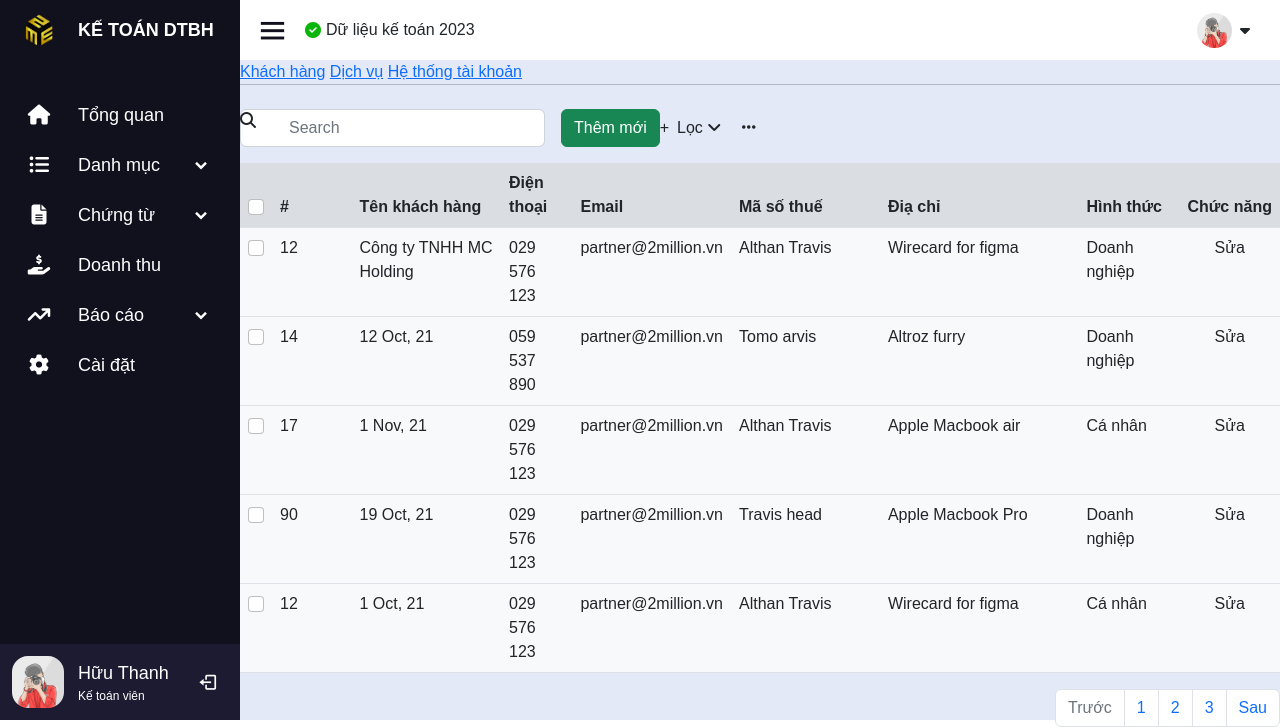
Repository: huuthanhdev/PhanMemKeToan
Page: pages/customer.html
These files come from the project's save history. The page is drawn as it stood at one moment and after the next save; the edit follows.
The browser window is 1280 px wide. The pictures show the whole page.
Some web fonts or font styles are not loaded; a fallback is used. Some web libraries are served in a nearby version.

Above is the page before, as saved 2023-03-24 16:57:59.

### pages/customer.html
<!DOCTYPE html>
  <!-- Coding by CodingLab | www.codinglabweb.com -->
<html lang="en">
<head>
    <meta charset="UTF-8">
    <meta http-equiv="X-UA-Compatible" content="IE=edge">
    <meta name="viewport" content="width=device-width, initial-scale=1.0">
    <link rel="icon" type="png" href="/assets/img/logo 2me.png"/>
    <title>2MILLION</title>
    <!----======== CSS ======== -->
    <link rel="stylesheet" href="/assets/css/style.css">
    <!----===== Boxicons CSS ===== -->
    <link href='https://unpkg.com/boxicons@2.1.1/css/boxicons.min.css' rel='stylesheet'>
    <link rel="stylesheet" href="https://cdnjs.cloudflare.com/ajax/libs/font-awesome/6.1.2/css/all.min.css" integrity="sha512-1sCRPdkRXhBV2PBLUdRb4tMg1w2YPf37qatUFeS7zlBy7jJI8Lf4VHwWfZZfpXtYSLy85pkm9GaYVYMfw5BC1A==" crossorigin="anonymous" referrerpolicy="no-referrer" />
    <!-- bootstrap 5 -->
    <link href="https://cdn.jsdelivr.net/npm/bootstrap@5.2.1/dist/css/bootstrap.min.css" rel="stylesheet"
    integrity="sha384-iYQeCzEYFbKjA/T2uDLTpkwGzCiq6soy8tYaI1GyVh/UjpbCx/TYkiZhlZB6+fzT" crossorigin="anonymous">

</head>
<body>
    <div class="sidebar">
        <div class="logo-details">
          <!-- <i class='bx bxl-c-plus-plus'></i> -->
          <img src="../assets/img/logo 2me.png" alt="" class="logo-img">
          <span class="logo_name">KẾ TOÁN DTBH</span>
        </div>
        <ul class="nav-links">
          <li class="nav-item">
            <a href="../pages/overview.html">
              <i class='fa-solid fa-house'></i>
              <span class="link_name">Tổng quan</span>
            </a>
            <ul class="sub-menu blank">
              <li><a class="link_name" href="../pages/overview.html">Tổng quan</a></li>
            </ul>
          </li>
          <li class="nav-item active">
            <div class="icon-link">
              <a href="../pages/customer.html">
                <i class='fa-solid fa-list-ul' ></i>
                <span class="link_name">Danh mục</span>
              </a>
              <i class='bx bxs-chevron-down arrow' ></i>
            </div>
            <ul class="sub-menu">
              <li><a class="link_name" href="#">Danh mục</a></li>
              <li><a href="../pages/customer.html">Khách hàng</a></li>
              <li><a href="../pages/service.html">Dịch vụ</a></li>
              <li><a href="../pages/account.html">Tài khoản</a></li>
            </ul>
          </li>

          <li class="nav-item">
            <div class="icon-link">
              <a href="#">
                <i class='fa-solid fa-file-lines' ></i>
                <span class="link_name">Chứng từ</span>
              </a>
              <i class='bx bxs-chevron-down arrow' ></i>
            </div>
            <ul class="sub-menu">
              <li><a class="link_name" href="#">Chứng từ</a></li>
              <li><a href="#">Hóa đơn GTGT</a></li>
              <li><a href="#">Phiếu giảm giá HB</a></li>
            </ul>
          </li>

          <li class="nav-item">
            <a href="#">
              <i class='fa-solid fa-hand-holding-dollar' ></i>
              <span class="link_name">Doanh thu</span>
            </a>
            <ul class="sub-menu blank">
              <li><a class="link_name" href="#">Doanh thu</a></li>
            </ul>
          </li>

          <li class="nav-item">
            <div class="icon-link">
              <a href="#">
                <i class='fa-solid fa-arrow-trend-up' ></i>
                <span class="link_name">Báo cáo</span>
              </a>
              <i class='bx bxs-chevron-down arrow' ></i>
            </div>
            <ul class="sub-menu">
              <li><a class="link_name" href="#">Báo cáo</a></li>
              <li><a href="#">Doanh thu theo KH</a></li>
              <li><a href="#">Doanh thu theo DV</a></li>
              <li><a href="#">Tổng hợp Doanh thu</a></li>
              <li><a href="#">Giảm trừ Doanh thu</a></li>
            </ul>
          </li>

          <li class="nav-item">
            <a href="#">
              <i class='fa-solid fa-gear' ></i>
              <span class="link_name">Cài đặt</span>
            </a>
            <ul class="sub-menu blank">
              <li><a class="link_name" href="#">Cài đặt</a></li>
            </ul>
          </li>
          <li>
        <div class="profile-details">
          <div class="profile-content">
            <img src="../assets/img/client2.png" alt="profileImg">
          </div>
          <div class="name-job">
            <div class="profile_name">Hữu Thanh</div>
            <div class="job">Kế toán viên</div>
          </div>
          <i class='bx bx-log-out' ></i>
        </div>
      </li>
    </ul>
      </div>
    <section class="home-section">
      <div class="home-nav">
          <i class='bx bx-menu' ></i>
          <div class="home-text">
              <i class="fa-solid fa-circle-check home-icon"></i>
              <span>Dữ liệu kế toán 2023</span>
          </div>

          <div class="home-info">
              <img src="../assets/img/client2.png" alt="avatar" class="home-avatar">
              <i class="fa-solid fa-caret-down"class="home-icon"></i>
          </div>
      </div>
      <!-- content -->
      <div class="home-content">
        <div class="home-tab">
          <a class="tab-item active" href="/pages/customer.html">Khách hàng</a>
          <a class="tab-item" href="/pages/service.html">Dịch vụ</a>
          <a class="tab-item" href="/pages/account.html">Hệ thống tài khoản</a>
        </div>
        <hr class="mt-0 mb-4">
        <!-- table -->
        <div class="container-fluid mt-0 px-0">
          <div class="mb-3 d-flex justify-content-start align-items-center">
              <div class="position-relative">
                  <span class="position-absolute search"><i class="fa fa-search"></i></span>
                  <input class="form-control w-100 px-5 m-0" placeholder="Search">
              </div>
              <button type="button" class="btn btn-success ms-3">Thêm mới</button>
              <span>+</span>
              <div class="filter px-2">
                  <span>Lọc <i class="fa fa-angle-down"></i></span>
                  <i class="fa fa-ellipsis-h ms-3"></i>
              </div>
          </div>
          <div class="table-responsive">
          <table class="table table-responsive table-hover bg-light">
            <thead>
              <tr style="background-color: #dadee2">
                <th scope="col" width="2%"><input class="form-check-input" type="checkbox"></th>
                <th scope="col" width="8%">#</th>
                <th scope="col" width="15%">Tên khách hàng</th>
                <th scope="col" width="7%">Điện thoại</th>
                <th scope="col" width="13%">Email</th>
                <th scope="col" width="15%">Mã số thuế</th>
                <th scope="col" width="20%">Điạ chỉ</th>
                <th scope="col" width="10%">Hình thức</th>
                <th scope="col" width="10%" class="text-center">Chức năng</th>
              </tr>
            </thead>
            <tbody>
              <tr>
                <th scope="row"><input class="form-check-input" type="checkbox"></th>
                <td>12</td>
                <td>Công ty TNHH MC Holding</td>
                <td>029 576 123</td>
                <td>partner@2million.vn</td>
                <td>Althan Travis</td>
                <td>Wirecard for figma</td>
                <td>Doanh nghiệp</td>
                <td class="text-center">Sửa</td>
              </tr>

              <tr>
                <th scope="row"><input class="form-check-input" type="checkbox"></th>
                <td>14</td>
                <td>12 Oct, 21</td>
                <td>059 537 890</td>
                <td>partner@2million.vn</td>
                <td>Tomo arvis</td>
                <td>Altroz furry</td>
                <td>Doanh nghiệp</td>
                <td class="text-center">Sửa</td>
              </tr>

              <tr>
                <th scope="row"><input class="form-check-input" type="checkbox"></th>
                <td>17</td>
                <td>1 Nov, 21</td>
                <td>029 576 123</td>
                <td>partner@2million.vn</td>
                <td>Althan Travis</td>
                <td>Apple Macbook air</td>
                <td>Cá nhân</td>
                <td class="text-center">Sửa</td>
              </tr>

              <tr>
                <th scope="row"><input class="form-check-input" type="checkbox"></th>
                <td>90</td>
                <td>19 Oct, 21</td>
                <td>029 576 123</td>
                <td>partner@2million.vn</td>
                <td>Travis head</td>
                <td>Apple Macbook Pro</td>
                <td>Doanh nghiệp</td>
                <td class="text-center">Sửa</td>
              </tr>

              <tr>
                <th scope="row"><input class="form-check-input" type="checkbox"></th>
                <td>12</td>
                <td>1 Oct, 21</td>
                <td>029 576 123</td>
                <td>partner@2million.vn</td>
                <td>Althan Travis</td>
                <td>Wirecard for figma</td>
                <td>Cá nhân</td>
                <td class="text-center">Sửa</td>
              </tr>
            </tbody>
          </table>
          </div>
        </div>
        <!-- //table -->
        <!-- pagination -->
        <nav aria-label="Page navigation example">
          <ul class="pagination justify-content-end">
            <li class="page-item disabled">
              <a class="page-link" href="#" tabindex="-1" aria-disabled="true">Trước</a>
            </li>
            <li class="page-item"><a class="page-link" href="#">1</a></li>
            <li class="page-item"><a class="page-link" href="#">2</a></li>
            <li class="page-item"><a class="page-link" href="#">3</a></li>
            <li class="page-item">
              <a class="page-link" href="#">Sau</a>
            </li>
          </ul>
        </nav>
        <!-- //pagination -->

      </div>
    </section>

    <script src="/app.js"></script>

</body>
</html>

### assets/css/style.css
/* Google Fonts Import Link */
@import url("https://fonts.googleapis.com/css2?family=Quicksand:wght@300;400;500;600&display=swap");
* {
  margin: 0;
  padding: 0;
  box-sizing: border-box;
  font-family: "Quicksand", sans-serif;
}
.sidebar{
  position: fixed;
  top: 0;
  left: 0;
  height: 100%;
  width: 240px;
  background: #11101d;
  z-index: 100;
  transition: all 0.5s ease;
}
.sidebar.close{
  width: 78px;
}
.sidebar .logo-details{
  height: 60px;
  width: 100%;
  display: flex;
  align-items: center;
}
.sidebar .logo-details i{
  font-size: 30px;
  color: #fff;
  height: 50px;
  min-width: 78px;
  text-align: center;
  line-height: 50px;
}
/*add logo  */
.sidebar .logo-details img{
  height: 40px;
  min-width: 78px;
  object-fit: contain;
  border-radius: 16px;
  transition: all 0.5s ease;
}

.sidebar .logo-details .logo_name{
  font-size: 18px;
  color: #fff;
  font-weight: 600;
  transition: 0.3s ease;
  transition-delay: 0.1s;
  position: relative;
}
.sidebar.close .logo-details .logo_name{
  transition-delay: 0s;
  opacity: 0;
  pointer-events: none;
}
.sidebar .nav-links{
  height: 100%;
  padding: 30px 0 150px 0;
  overflow: auto;
}
.sidebar.close .nav-links{
  overflow: visible;
}
.sidebar .nav-links::-webkit-scrollbar{
  display: none;
}
.sidebar .nav-links li{
  position: relative;
  list-style: none;
  transition: all 0.4s ease;
}
.sidebar .nav-links li:hover{
  background: #1d1b31;
}
.sidebar .nav-links li .icon-link{
  display: flex;
  align-items: center;
  justify-content: space-between;
}
.sidebar.close .nav-links li .icon-link{
  display: block
}
.sidebar .nav-links li i{
  height: 50px;
  min-width: 78px;
  text-align: center;
  line-height: 50px;
  color: #fff;
  font-size: 20px;
  cursor: pointer;
  transition: all 0.3s ease;
}
.sidebar .nav-links li.showMenu i.arrow{
  transform: rotate(-180deg);
}
.sidebar.close .nav-links i.arrow{
  display: none;
}
.sidebar .nav-links li a{
  display: flex;
  align-items: center;
  text-decoration: none;
}
.sidebar .nav-links li a .link_name{
  font-size: 18px;
  font-weight: 400;
  color: #fff;
  transition: all 0.4s ease;
}
.sidebar.close .nav-links li a .link_name{
  opacity: 0;
  pointer-events: none;
}
.sidebar .nav-links li .sub-menu{
  padding: 6px 6px 14px 80px;
  margin-top: -10px;
  background: #1d1b31;
  display: none;
}
.sidebar .nav-links li.showMenu .sub-menu{
  display: block;
}
.sidebar .nav-links li .sub-menu a{
  color: #fff;
  font-size: 15px;
  padding: 5px 0;
  white-space: nowrap;
  opacity: 0.6;
  transition: all 0.3s ease;
}
.sidebar .nav-links li .sub-menu a:hover{
  opacity: 1;
}
.sidebar.close .nav-links li .sub-menu{
  position: absolute;
  left: 100%;
  top: -10px;
  margin-top: 0;
  padding: 10px 20px;
  border-radius: 0 6px 6px 0;
  opacity: 0;
  display: block;
  pointer-events: none;
  transition: 0s;
}
.sidebar.close .nav-links li:hover .sub-menu{
  top: 0;
  opacity: 1;
  pointer-events: auto;
  transition: all 0.4s ease;
}
.sidebar .nav-links li .sub-menu .link_name{
  display: none;
}
.sidebar.close .nav-links li .sub-menu .link_name{
  font-size: 18px;
  opacity: 1;
  display: block;
}
.sidebar .nav-links li .sub-menu.blank{
  opacity: 1;
  pointer-events: auto;
  padding: 3px 20px 6px 16px;
  opacity: 0;
  pointer-events: none;
}
.sidebar .nav-links li:hover .sub-menu.blank{
  top: 50%;
  transform: translateY(-50%);
}
.sidebar .profile-details{
  position: fixed;
  bottom: 0;
  width: 240px;
  display: flex;
  align-items: center;
  justify-content: space-between;
  background: #1d1b31;
  padding: 12px 0;
  transition: all 0.5s ease;
}
.sidebar.close .profile-details{
  background: none;
}
.sidebar.close .profile-details{
  width: 78px;
}
.sidebar .profile-details .profile-content{
  display: flex;
  align-items: center;
  cursor: pointer;
}
.sidebar .profile-details img{
  height: 52px;
  width: 52px;
  object-fit: cover;
  border-radius: 16px;
  margin: 0 14px 0 12px;
  background: #1d1b31;
  transition: all 0.5s ease;
}
.sidebar.close .profile-details img{
  padding: 10px;
}
.sidebar .profile-details .profile_name,
.sidebar .profile-details .job{
  color: #fff;
  font-size: 18px;
  font-weight: 500;
  white-space: nowrap;
}
/* thêm nowrap */
.sidebar .nav-links .link_name,
.sidebar .logo-details .logo_name{
  white-space: nowrap;
}
/*  */
.sidebar.close .profile-details i,
.sidebar.close .profile-details .profile_name,
.sidebar.close .profile-details .job{
  display: none;
}
.sidebar .profile-details .job{
  font-size: 12px;
}
.home-section{
  position: relative;
  background: #E4E9F7;
  height: 100vh;
  left: 240px;
  width: calc(100% - 240px);
  transition: all 0.5s ease;
}
.sidebar.close ~ .home-section{
  left: 78px;
  width: calc(100% - 78px);
}
.home-section .home-nav{
  height: 60px;
  display: flex;
  align-items: center;
}
.home-section .home-nav .bx-menu,
.home-section .home-nav .text{
  color: #11101d;
  font-size: 35px;
}
.home-section .home-nav .bx-menu{
  margin: 0 15px;
  cursor: pointer;
}
.home-section .home-nav .text{
  font-size: 26px;
  font-weight: 600;
}
@media (max-width: 400px) {
  .sidebar.close .nav-links li .sub-menu{
    display: none;
  }
  .sidebar{
    width: 78px;
  }
  .sidebar.close{
    width: 0;
  }
  .home-section{
    left: 78px;
    width: calc(100% - 78px);
    z-index: 100;
  }
  .sidebar.close ~ .home-section{
    width: 100%;
    left: 0;
  }
}
/* nav fixed */
.home {
  position: fixed;
}
.home-nav {
  display: flex;
  justify-content: flex-start;
  margin-top: auto;
  width: 100%;
  height: 60px;
  background-color: white;
}
.home-info, .home-text {
  display: flex;
  align-items: center;
  justify-content: space-between;
}
.home-icon {
  color: #11101d;
}
.home-text .home-icon {
  color: rgb(12, 181, 12);
  padding-right: 5px;
}
.home-avatar {
  width: 35px;
  height: 35px;
  border-radius: 50%;
  object-fit: cover;
  margin-right: 8px;
}
.home-info{
  margin-left: auto;
  padding-right: 30px;
  cursor: pointer;
}

### app.js
let arrow = document.querySelectorAll(".arrow");
  for (var i = 0; i < arrow.length; i++) {
    arrow[i].addEventListener("click", (e)=>{
   let arrowParent = e.target.parentElement.parentElement;//selecting main parent of arrow
   arrowParent.classList.toggle("showMenu");
    });
  }
  let sidebar = document.querySelector(".sidebar");
  let sidebarBtn = document.querySelector(".bx-menu");
  console.log(sidebarBtn);
  sidebarBtn.addEventListener("click", ()=>{
    sidebar.classList.toggle("close");
  });

After the next save:
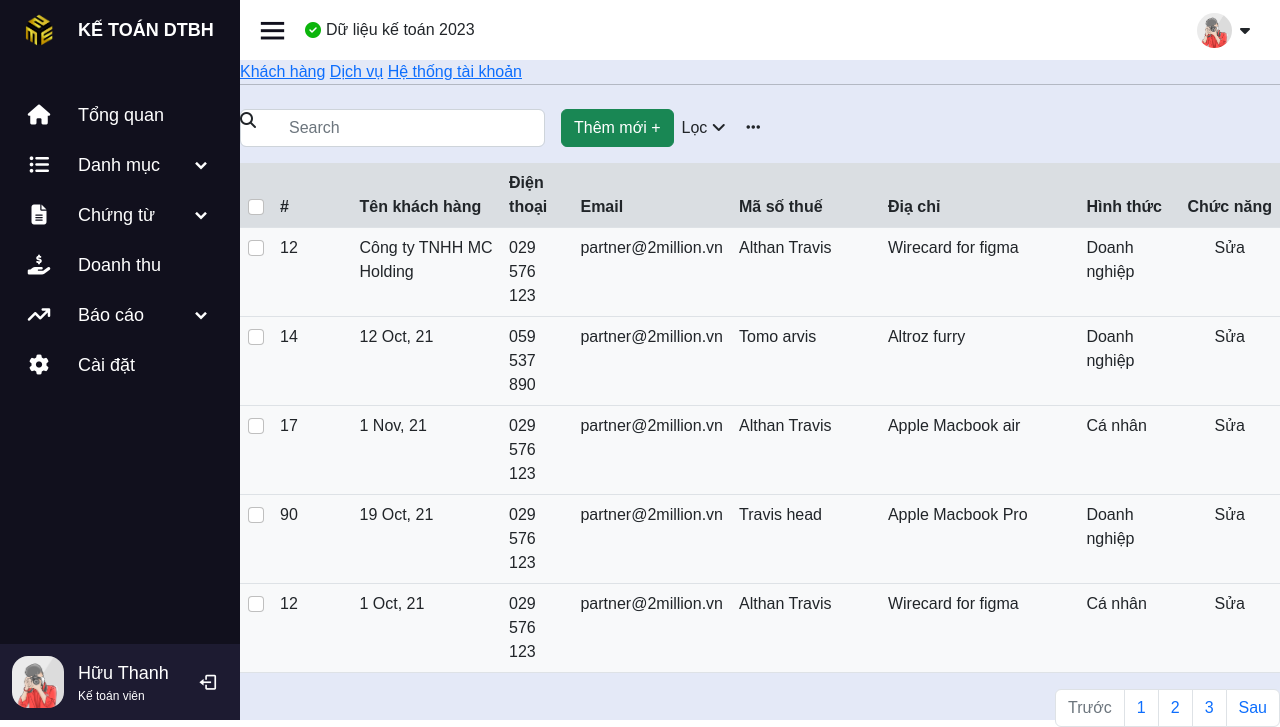
Saved 14 s later.
--- a/pages/customer.html
+++ b/pages/customer.html
@@ -143,8 +143,7 @@
                   <span class="position-absolute search"><i class="fa fa-search"></i></span>
                   <input class="form-control w-100 px-5 m-0" placeholder="Search">
               </div>
-              <button type="button" class="btn btn-success ms-3">Thêm mới</button>
-              <span>+</span>
+              <button type="button" class="btn btn-success ms-3">Thêm mới +</button>
               <div class="filter px-2">
                   <span>Lọc <i class="fa fa-angle-down"></i></span>
                   <i class="fa fa-ellipsis-h ms-3"></i>
